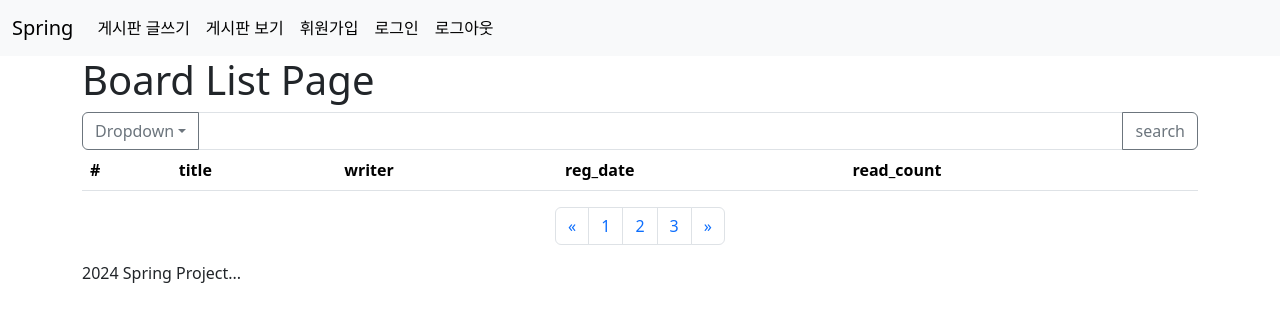
Repository: dlfhrrl12/springtest
Page: http://localhost/spring_study/WEB-INF/views/board/list.jsp
These files come from the project's save history. The page is drawn as it stood at one moment and after the next save; the edit follows.
The browser window is 1280 px wide. The pictures show the whole page.
The page is served by Tomcat 9. Nobody is signed in. The template is opened directly, without the code that normally fills it, so the values that code supplies are empty.

Above is the page before, as saved 2024-04-25 01:49:04.

After the next save:
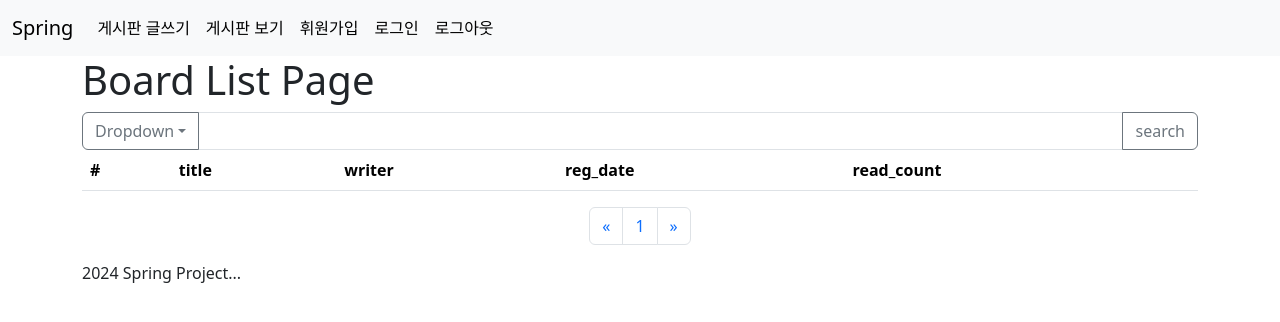
Saved 3 min 30 s later.
--- a/spring_study/src/main/webapp/WEB-INF/views/board/list.jsp
+++ b/spring_study/src/main/webapp/WEB-INF/views/board/list.jsp
@@ -51,9 +51,9 @@
             <span aria-hidden="true">«</span>
           </a>
         </li>
+
         <li class="page-item"><a class="page-link" href="#">1</a></li>
-        <li class="page-item"><a class="page-link" href="#">2</a></li>
-        <li class="page-item"><a class="page-link" href="#">3</a></li>
+
         <li class="page-item">
           <a class="page-link" href="#" aria-label="Next">
             <span aria-hidden="true">»</span>
